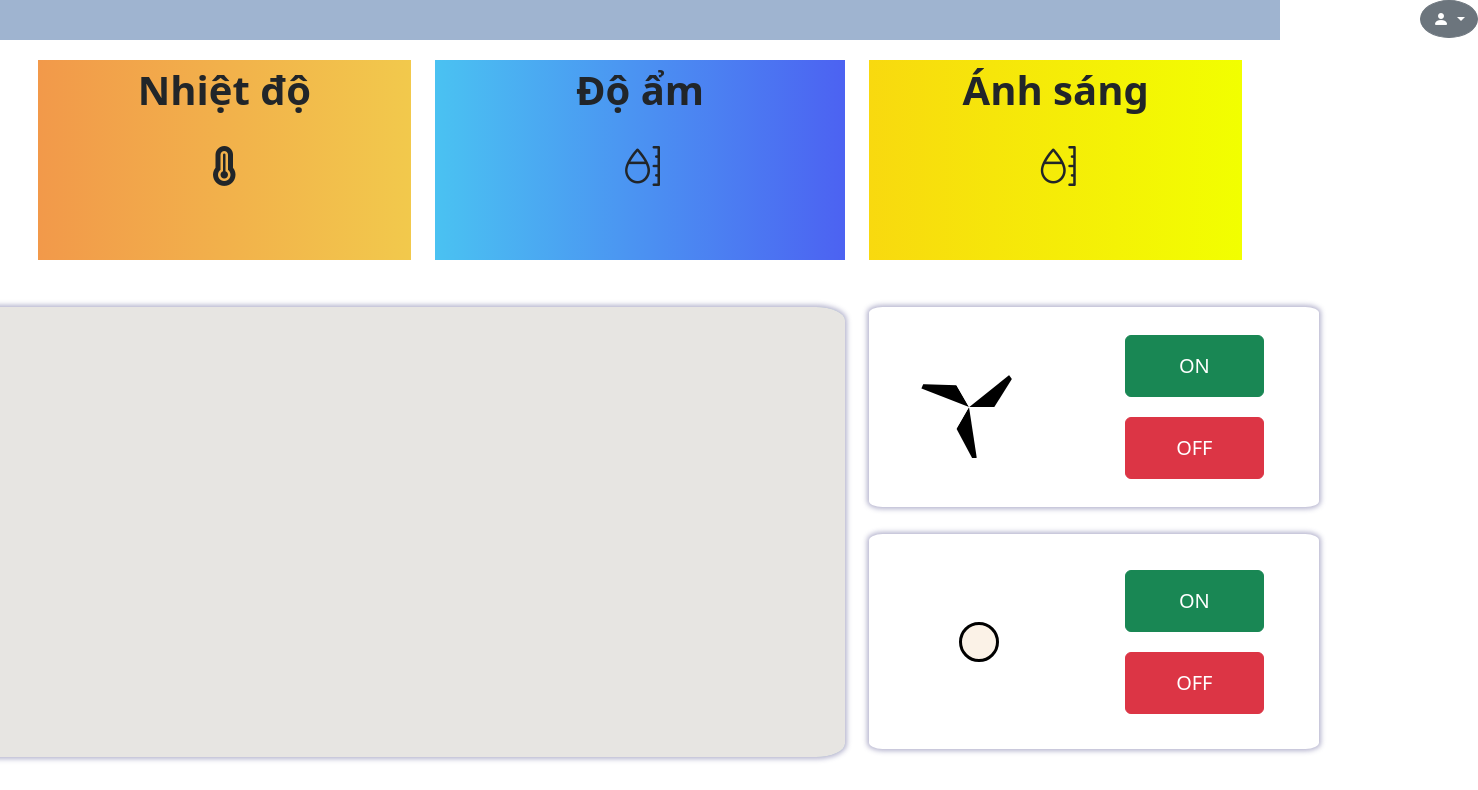
Repository: ndmq03102002/BTL_IOT
Page: Fontend_IOT/iot/index.html
These files come from the project's save history. The page is drawn as it stood at one moment and after the next save; the edit follows.
The browser window is 1280 px wide. The page is 1478 px wide, then 1458 px, so the pictures cover 1478 px, including what lies to the right of the window. The pictures show the whole page.
Some web libraries are served in a nearby version.

Above is the page before, as saved 2023-09-07 09:27:44.

### Fontend_IOT/iot/index.html
<!DOCTYPE html>
<html lang="en">
<head>
    <meta charset="UTF-8">
    <meta name="viewport" content="width=device-width, initial-scale=1.0">
    <title>Document</title>
    <link rel="stylesheet" href="style.css">
    <link rel="stylesheet" href="bootstrap/css/bootstrap.css">
    <link rel="stylesheet" href="assets/fonts/fontawesome/css/fontawesome-all.min.css">
    <script src="https://cdnjs.cloudflare.com/ajax/libs/Chart.js/2.9.4/Chart.js"></script>
    <script src="https://kit.fontawesome.com/1be2f108e2.js" crossorigin="anonymous"></script>
    <link rel="stylesheet" href="https://cdn.jsdelivr.net/npm/bootstrap-icons@1.10.5/font/bootstrap-icons.css">
    <link rel="stylesheet" href="https://cdnjs.cloudflare.com/ajax/libs/font-awesome/6.0.0/css/all.min.css" integrity="sha512-9usAa10IRO0HhonpyAIVpjrylPvoDwiPUiKdWk5t3PyolY1cOd4DSE0Ga+ri4AuTroPR5aQvXU9xC6qOPnzFeg==" crossorigin="anonymous" referrerpolicy="no-referrer" />

</head>
<header style="width: 100%; height: 40px; margin :auto;background-color:#9fb4d0">

    <div class="col-sm-12">
        <div class="btn-group" style=" margin-left: 1300px;  ">
            <a class="btn btn-secondary dropdown-toggle" style="border-radius: 50%;display: block; margin-left: 120px;" href="#" role="button" data-bs-toggle="dropdown" aria-expanded="false">
                <i class="bi bi-person-fill"></i>
              </a>
            <ul class="dropdown-menu">
                <li><a href="javascript:" class="dropdown-item"><i class="bi bi-person"></i> MSV: B20DCCN064</a></li>
                <li><a href="javascript:" class="dropdown-item"><i class="bi bi-phone"></i> Phone: 0399602556</a></li>
                <li><a href="message.html" class="dropdown-item"><i class="bi bi-envelope"></i> Email: Caibutchi2672gmail.com</a></li>
            </ul>
          </div>
</header>
<body>
     <div  style="background-color:white;height:700px; margin-bottom: 50px;">
        <div class="row">
            <div  class="col-sm-4 col-pd"style="padding-left: 50px;" >
                <div class="khoi1 khoi-size">
                        <p >Nhiệt độ</p>
                        <p style="display: inline; " class="count1"></p>
                        <span><i class='fa-solid fa-temperature-full'></i></span>

                </div>
            </div>
            <div class="col-sm-4 col-pd">
                <div class="khoi2 khoi-size">
                    <p> Độ ẩm</p>
                    <p style="display: inline;" class="count2"></p>
                    <span> <i class="bi bi-moisture"></i></span>
                </div>
            </div>
            <div class="col-sm-4 col-pd" style="padding-right: 50px;">
                <div class="khoi3 khoi-size">
                    <p>Ánh sáng</p>
                    <p style="display: inline;" class="count3"></p>
                    <span> <i class="bi bi-moisture"></i></span>
                </div>
            </div>
            <div class="col-sm-8 " >
                <div class="khoi" style="height: 450px;width: 970px; float:right">
                    <canvas id="myChart" style="border-radius: 3%; width:100%;height: 100%;background-color: rgb(231, 229, 226);"></canvas>
                </div>
            </div>
            <div class="col-sm-4 ">
                <div class="khoi khoiii" style=" background-color: white; height: 200px; width: 450px; float: left; display: flex; justify-content: center; align-items: center;">
                    <div class="fan">
                        <div class="blade blade-1"></div>
                        <div class="blade blade-2"></div>
                        <div class="blade blade-3"></div>
                        <div class="stand"></div>
                    </div>
                    <div class="button" style="margin: auto;">
                        <button class="btn btn-success " onclick="OnFan()" style="--bs-btn-padding-y: 15px; --bs-btn-padding-x: 50px; --bs-btn-font-size: 20px; ">ON</button>
                         <button class="btn btn-danger " onclick="OffFan()" style="margin-top: 20px; --bs-btn-padding-y: 15px; --bs-btn-padding-x: 50px; --bs-btn-font-size: 20px;">OFF</button>

                    </div>

                </div>
                <div class="khoi " style="background-color: white; margin-bottom: 20px; height: 215px; width: 450px; float: left; display: flex; justify-content: center; align-items: center;">
                    <div class="light" >
                        <div class="light-bulb" > </div>
                    </div>
                    <div class="button"  style="margin: auto;">
                        <button class="btn btn-success " onclick="OnLight()" style="--bs-btn-padding-y: 15px; --bs-btn-padding-x: 50px; --bs-btn-font-size: 20px; ">ON</button>
                         <button class="btn btn-danger " onclick="OffLight()" style="margin-top: 20px; --bs-btn-padding-y: 15px; --bs-btn-padding-x: 50px; --bs-btn-font-size: 20px;">OFF</button>

                    </div>

                </div>
            </div>
        </div>
    </div>
    <p>

    <script src="https://cdn.jsdelivr.net/npm/axios/dist/axios.min.js"></script>
    <script src="js.js"></script>
    <script src="jquery.js"></script>
    <script src="popper.min.js"></script>
    <script src="bootstrap/js/bootstrap.min.js"></script>
</body>
</html>

### Fontend_IOT/iot/style.css
html {
  margin: 0;
  padding: 0;
}

.khoi {
  width: 100%;
  height: 200px;
  margin-right: 0px;
  margin-bottom: 27px;
  background-color: #9fb4d0;

  box-shadow: 0px 0px 5px 2px rgba(97, 95, 151, 0.47);
  border-radius: 3%;
}
.khoi1 {
  width: 100%;
  height: 200px;
  margin-right: 0px;
  margin-bottom: 27px;
  background: linear-gradient(to right, #f2994a, #f2c94c);
}
.khoi2 {
  width: 100%;
  height: 200px;
  margin-right: 0px;
  margin-bottom: 27px;
  background: linear-gradient(to right, #4ac2f2, #4c62f2);
}
.khoi3 {
  width: 100%;
  height: 200px;
  margin-right: 0px;
  margin-bottom: 27px;
  background: linear-gradient(to right, #f8d90f, #f2ff00);
}
.khoii {
  width: 100%;
  height: 500px;
  background-color: black;
}
.abc {
  margin-bottom: 30px;
}
.col-pd {
  padding: 20px;
}
.khoi-size {
  font-size: 40px;
  font-weight: bold;
  text-align: center;
}
.fan {
  width: 200px;
  height: 200px;
  position: relative;
}

.blade {
  width: 0;
  height: 0;
  position: absolute;
  top: 30%;
  left: 50%;
  transform-origin: 0 50%;
  background-color: #000000;
  border-radius: 50%;
}

.blade-1 {
  width: 50px;
  height: 80px;
  clip-path: polygon(0 50%, 100% 0, 50% 50%);
  transform: rotate(0deg);
  /* animation: rotateFan1 1s linear infinite; */
}

.blade-2 {
  width: 50px;
  height: 80px;
  clip-path: polygon(0 50%, 100% 0, 50% 50%);
  transform: rotate(120deg);
  /* animation: rotateFan2 1s linear infinite; */
}

.blade-3 {
  width: 50px;
  height: 80px;
  clip-path: polygon(0 50%, 100% 0, 50% 50%);
  transform: rotate(240deg);
  /* animation: rotateFan3 1s linear infinite; */
}

@keyframes rotateFan2 {
  to {
    transform: rotate(480deg);
  }
}
@keyframes rotateFan1 {
  to {
    transform: rotate(360deg);
  }
}
@keyframes rotateFan3 {
  to {
    transform: rotate(600deg);
  }
}
.button {
  display: flex;
  flex-direction: column;
  justify-content: space-between;
}
.light {
  width: 200px;
  height: 200px;
}

.light-bulb {
  width: 40px;
  height: 40px;
  background-color: rgb(251 242 231);
  border: 3px solid #000;
  border-radius: 50%;
  position: relative;
  left: 90px;
  top: 80px;
}
@keyframes bulbLight {
  to {
    border: 5px solid transparent;
    box-shadow: 0 0 30px 50px rgba(255, 255, 0, 0.912);
  }
}

### Fontend_IOT/iot/js.js
let Listbox = document.querySelectorAll(".khoi-size");
let box1 = Listbox[0];
let box2 = Listbox[1];
let box3 = Listbox[2];
// let arrayP = box.getElementsByTagName("p");
// console.log(arrayP[1].innerText);

let countTemp = document.getElementsByClassName(".count1").innerText;
let countHum = document.getElementsByClassName(".count2").innerText;
let countLight = document.getElementsByClassName(".count3").innerText;

let count = 0;

function changeTemp() {
  if (countTemp <= 10) {
    box1.style.backgroundColor = "#9fb4d0";
  } else if (countTemp <= 25) {
    box1.style.backgroundColor = "#3fc848";
  } else if (countTemp <= 35) {
    box1.style.backgroundColor = "#c8b83f";
  } else {
    box1.style.backgroundColor = "#c83f3f";
  }
  if (countTemp > 50) {
    box1.style.backgroundColor = "#fd0606";
  }
}
function changeHum() {
  if (countHum <= 10) {
    box2.style.backgroundColor = "#9fb4d0";
  } else if (countHum <= 25) {
    box2.style.backgroundColor = "#3fc848";
  } else if (countHum <= 35) {
    box2.style.backgroundColor = "#c8b83f";
  } else {
    box2.style.backgroundColor = "#c83f3f";
  }
  if (countHum > 50) {
    box2.style.backgroundColor = "#fd0606";
  }
}
function changeLight() {
  if (countLight <= 10) {
    box3.style.backgroundColor = "#9fb4d0";
  } else if (countLight <= 25) {
    box3.style.backgroundColor = "#3fc848";
  } else if (countLight <= 35) {
    box3.style.backgroundColor = "#c8b83f";
  } else {
    box3.style.backgroundColor = "#c83f3f";
  }
  if (countLight > 50) {
    box3.style.backgroundColor = "#fd0606";
  }
}
function getTempAllData() {
  fetch("http://localhost:8080/Iot/getAllData")
    .then(function (response) {
      return response.json();
    })
    .then(function (posts) {
      const temp = [];
      const hum = [];
      const light = [];
      for (let key of posts) {
        temp.push(key.temperature);
        hum.push(key.humidity);
        light.push(key.light);
      }
      // hiển thị nhiệt độ
      countTemp = document.querySelector(".count1").innerText =
        temp[temp.length - 1];
      countHum = document.querySelector(".count2").innerText =
        hum[hum.length - 1];
      countLight = document.querySelector(".count3").innerText =
        light[light.length - 1];
      console.log("hello");
      changeTemp();
      changeHum();
      changeLight();
      //hiển thị đồ thị
      const xValues = [1, 5, 10, 15, 20, 25, 30, 35, 40, 45];
      type: "line",
        new Chart("myChart", {
          type: "line",
          data: {
            labels: xValues,
            datasets: [
              {
                data: temp,
                borderColor: "red",
                fill: false,
              },
              {
                data: hum,
                borderColor: "green",
                fill: false,
              },
              {
                data: light,
                borderColor: "blue",
                fill: false,
              },
            ],
          },
          options: {
            legend: { display: false },
            scales: {
              yAxes: [
                {
                  ticks: {
                    min: 1, // Giá trị tối thiểu trên trục tung
                    max: 100, // Giá trị tối đa trên trục tung
                    stepSize: 5, // Bước giữa các giá trị
                  },
                },
              ],
            },
          },
        });
    })
    .catch(function (err) {
      console.log(err);
    });
}
function OnFan() {
  const blade1 = (document.querySelector(".blade-1").style.animation =
    "rotateFan1 1s linear infinite");
  const blade2 = (document.querySelector(".blade-2").style.animation =
    "rotateFan2 1s linear infinite");
  const blade3 = (document.querySelector(".blade-3").style.animation =
    "rotateFan3 1s linear infinite");
}
function OffFan() {
  const blade1 = document
    .querySelector(".blade-1")
    .style.removeProperty("animation");
  const blade2 = document
    .querySelector(".blade-2")
    .style.removeProperty("animation");
  const blade3 = document
    .querySelector(".blade-3")
    .style.removeProperty("animation");
}
function OnLight() {
  const light = (document.querySelector(".light-bulb").style.animation =
    "bulbLight 1s linear forwards");
}
function OffLight() {
  const light = document
    .querySelector(".light-bulb")
    .style.removeProperty("animation");
}

Loaded but not shown: Fontend_IOT/iot/bootstrap/css/bootstrap.css (library); Fontend_IOT/iot/jquery.js (library); Fontend_IOT/iot/popper.min.js (library); Fontend_IOT/iot/bootstrap/js/bootstrap.min.js (library)

After the next save:
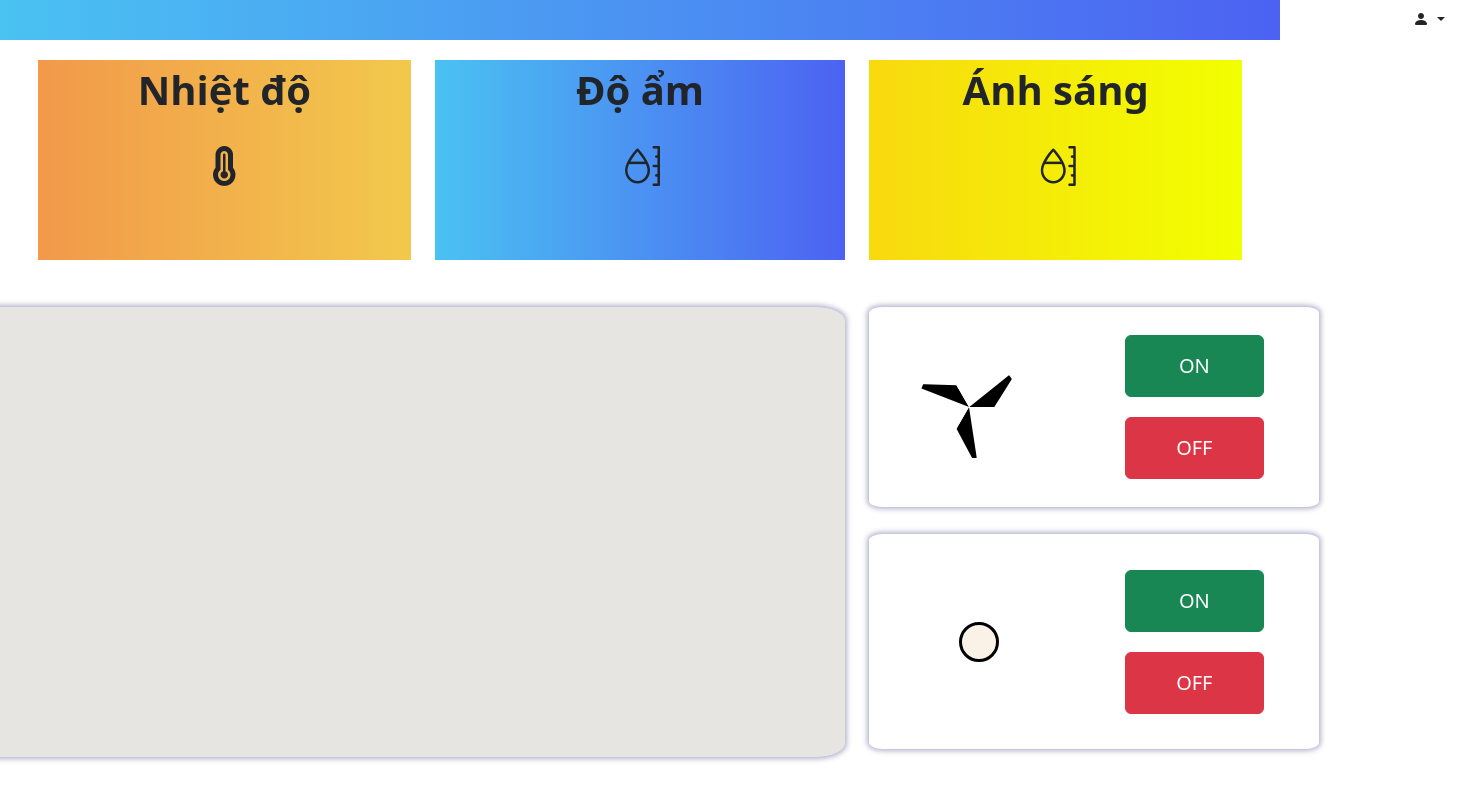
Saved 88 s later.
--- a/Fontend_IOT/iot/index.html
+++ b/Fontend_IOT/iot/index.html
@@ -13,11 +13,11 @@
     <link rel="stylesheet" href="https://cdnjs.cloudflare.com/ajax/libs/font-awesome/6.0.0/css/all.min.css" integrity="sha512-9usAa10IRO0HhonpyAIVpjrylPvoDwiPUiKdWk5t3PyolY1cOd4DSE0Ga+ri4AuTroPR5aQvXU9xC6qOPnzFeg==" crossorigin="anonymous" referrerpolicy="no-referrer" />
 
 </head>
-<header style="width: 100%; height: 40px; margin :auto;background-color:#9fb4d0">
+<header style="width: 100%; height: 40px; margin :auto;background: linear-gradient(to right, #4ac2f2, #4c62f2)">
 
     <div class="col-sm-12">
         <div class="btn-group" style=" margin-left: 1300px;  ">
-            <a class="btn btn-secondary dropdown-toggle" style="border-radius: 50%;display: block; margin-left: 120px;" href="#" role="button" data-bs-toggle="dropdown" aria-expanded="false">
+            <a class="btn btn-white dropdown-toggle" style="border-radius: 10%;display: block; margin-left: 100px;" href="#" role="button" data-bs-toggle="dropdown" aria-expanded="false">
                 <i class="bi bi-person-fill"></i>
               </a>
             <ul class="dropdown-menu">
